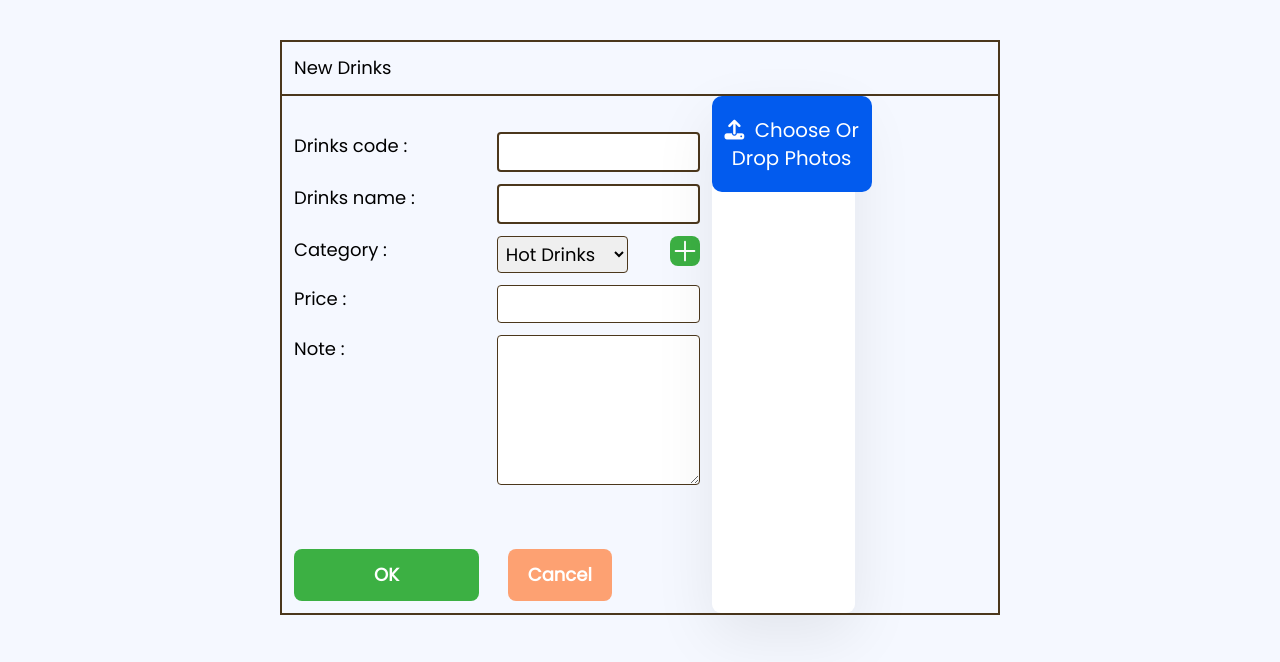
Repository: Dapravith/Midterm-SE-GIC-Cafe-Project-Group16
Page: src/main/resources/templates/addDrink.html
The author's editor kept a copy of each file at every save. The page is drawn from the files as they stood at one save, then again after the next save.
The browser window is 1280 px wide. The pictures show the whole page.
Some web libraries are served in a nearby version.

Above is the page before, as saved 2023-05-16 22:41:56.

After the next save:
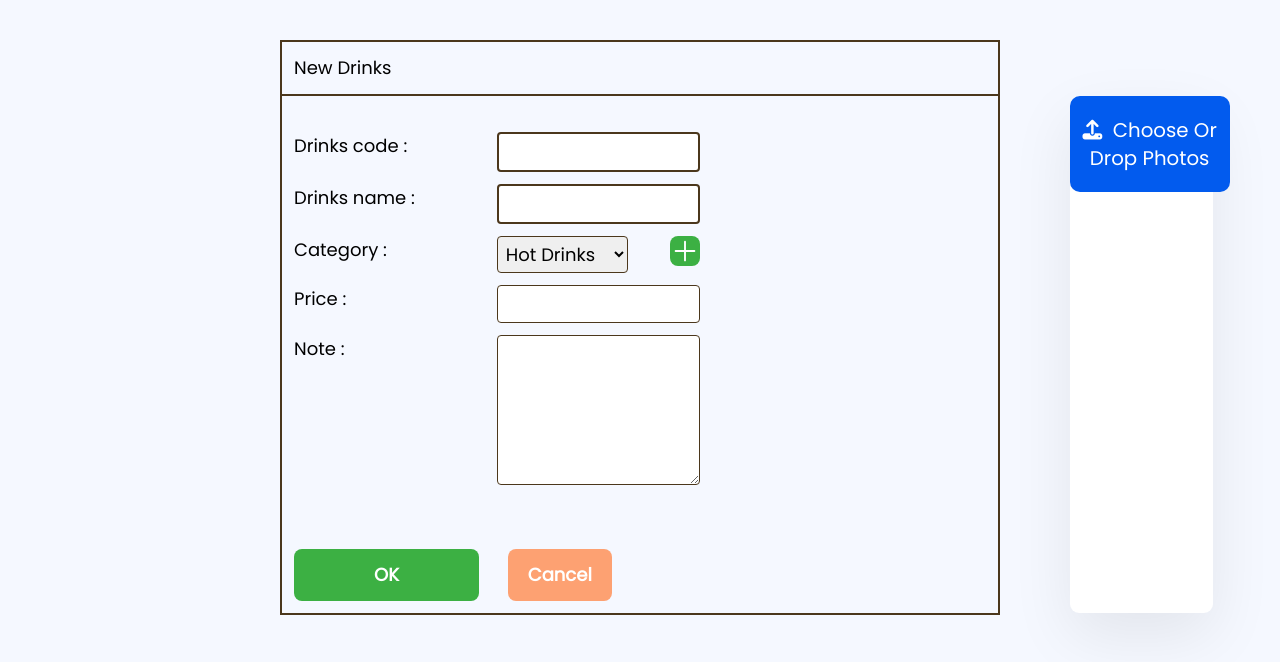
Saved 14 s later.
--- a/src/main/resources/templates/addDrink.html
+++ b/src/main/resources/templates/addDrink.html
@@ -30,7 +30,7 @@
         .images {
             background-color: #ffffff;
             width: 20%;
-            position: sticky;
+            position: relative;
             transform: translateX(-50%, 50%);
             left: 50%;
             right: 50%;

After the save that followed:
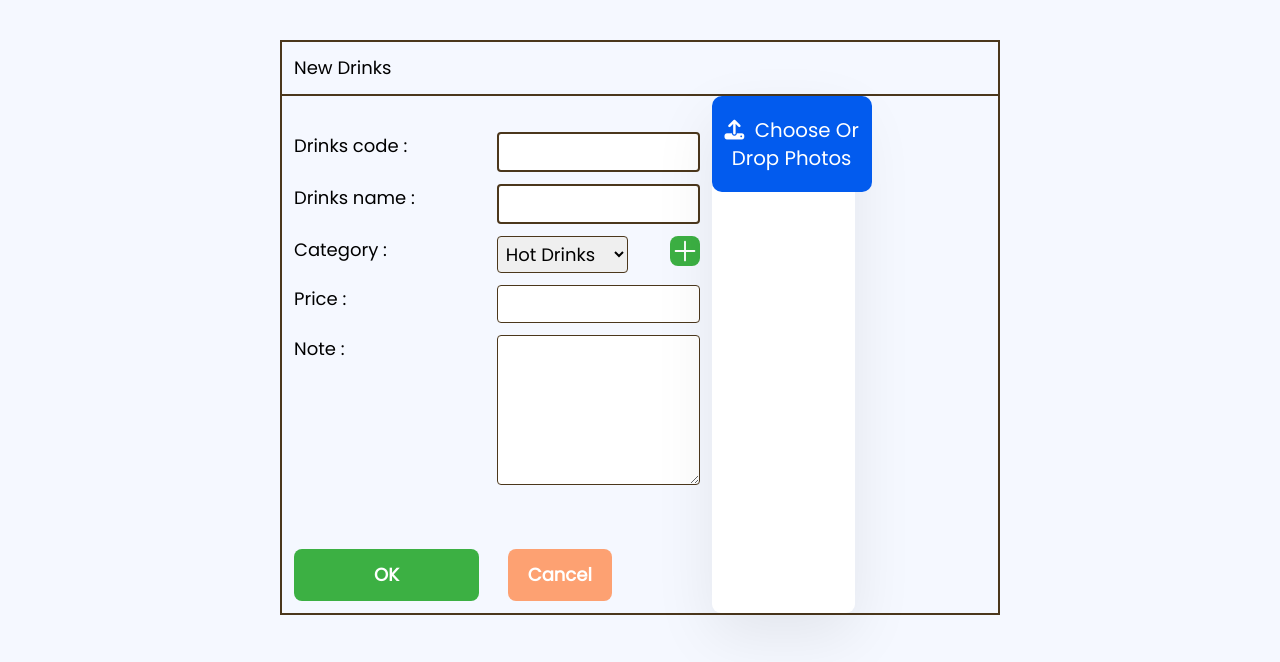
Saved 12 s later.
--- a/src/main/resources/templates/addDrink.html
+++ b/src/main/resources/templates/addDrink.html
@@ -30,7 +30,7 @@
         .images {
             background-color: #ffffff;
             width: 20%;
-            position: relative;
+            position: static;
             transform: translateX(-50%, 50%);
             left: 50%;
             right: 50%;
